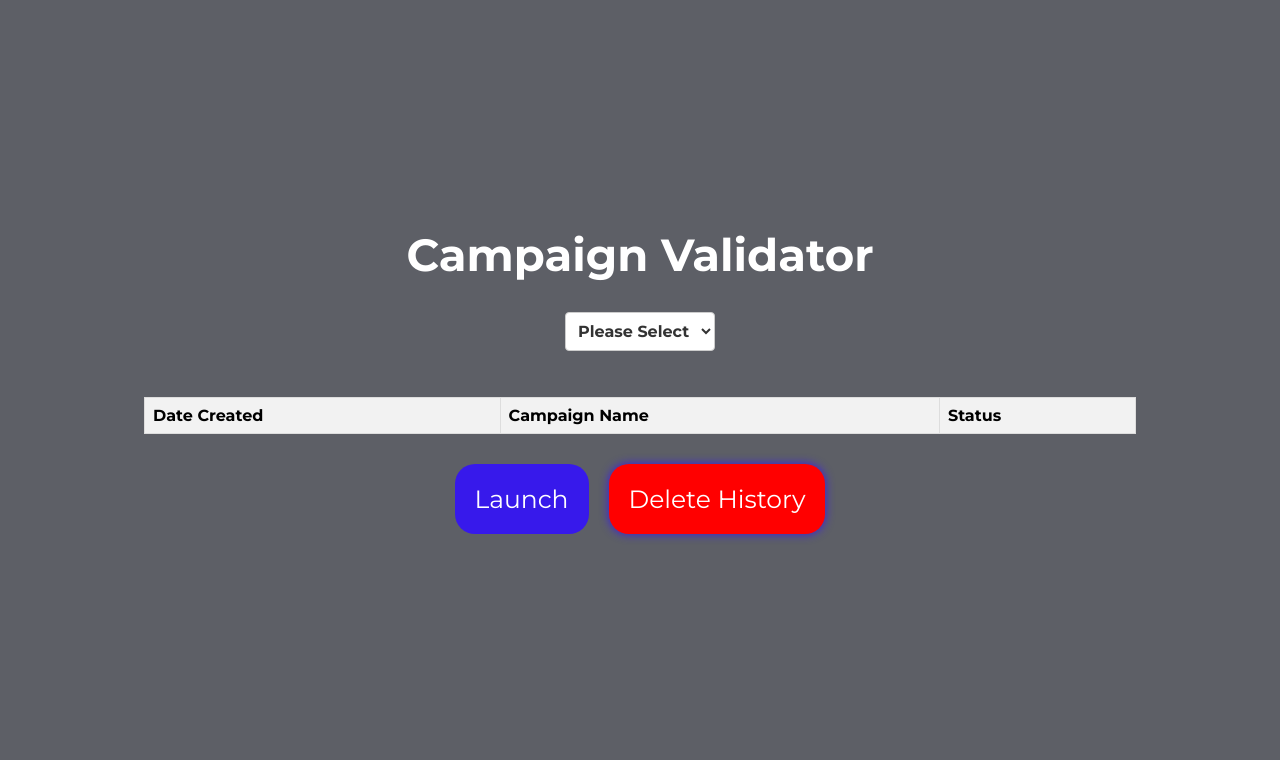
Repository: AbApin/project
Page: / (app in frontend/)
These files come from the project's save history. The page is drawn as it stood at one moment and after the next save; the edit follows.
The browser window is 1280 px wide. The pictures show the whole page.
The pointer rests on the first visible `.deleteBtn`.
The page's requests for data from a server got no answer. The project was rebuilt for these pictures with package versions that can differ from the ones it lists, and the page was loaded fresh each time. No one was signed in, and anything a server would have sent is missing. Also part of the build but not shown: frontend/vue.config.js.

Above is the page before, as saved 2023-02-22 11:57:03.

### frontend/public/index.html
<!DOCTYPE html>
<html lang="">
  <head>
    <meta charset="utf-8" />
    <meta http-equiv="X-UA-Compatible" content="IE=edge" />
    <meta name="viewport" content="width=device-width,initial-scale=1.0" />
    <link rel="icon" href="<%= BASE_URL %>favicon.ico" />
    <title><%= htmlWebpackPlugin.options.title %></title>
    <link
      href="https://fonts.googleapis.com/css?family=Montserrat:100,200,300,regular,500,600,700,800,900,100italic,200italic,300italic,italic,500italic,600italic,700italic,800italic,900italic"
      rel="stylesheet"
    />
  </head>
  <body>
    <noscript>
      <strong
        >We're sorry but <%= htmlWebpackPlugin.options.title %> doesn't work properly without
        JavaScript enabled. Please enable it to continue.</strong
      >
    </noscript>
    <div id="app"></div>
    <!-- built files will be auto injected -->
  </body>
</html>

### frontend/src/App.vue
<template>
  <div id="app">
    <h1 class="appTitle">Campaign Validator</h1>
    <CampaignList @selected-campaign="handleCampaignSelected" />
    <table>
      <thead>
        <tr>
          <th>Date Created</th>
          <th>Campaign Name</th>
          <th>Status</th>
        </tr>
      </thead>
      <tbody>
        <tr v-for="test in tests" :key="test.id">
          <td>{{ test.date }}</td>
          <td>{{ test.campaign }}</td>
          <td :class="test.status ? 'status-passed' : 'status-failed'">
            {{ test.status ? 'Passed' : 'Failed' }}
          </td>
        </tr>
      </tbody>
    </table>
    <div class="btnsContainer">
      <button class="launchBtn" @click="createTest">launch</button>
      <button class="deleteBtn" @click="createTest">delete history</button>
    </div>
  </div>
</template>

<script>
import axios from 'axios';
import CampaignList from './components/CampaignList.vue';

export default {
  components: { CampaignList },
  name: 'App',
  data() {
    return {
      selectedCampaign: '',
      tests: [],
    };
  },
  async mounted() {
    await axios
      .get('/api/tests')
      .then((response) => {
        this.tests = response.data;
      })
      .catch((error) => {
        console.log(error);
      });
  },
  methods: {
    async createTest() {
      await axios
        .post(`/api/tests/${this.selectedCampaign.name}`)
        .then((response) => {
          this.tests = response.data;
        })
        .catch((error) => {
          console.log(error);
        });
    },
    handleCampaignSelected(campaign) {
      this.selectedCampaign = campaign;
    },
  },
};
</script>

<style>
* {
  margin: 0;
  padding: 0;
  box-sizing: 0;
  font-family: 'Montserrat', sans-serif;
}
#app {
  background: #5d5f66;
  display: flex;
  align-items: center;
  justify-content: center;
  flex-direction: column;
  gap: 30px;
  padding: 20px;
  height: 100vh;
}
.appTitle {
  font-size: 45px;
  color: #fff;
}
.btnsContainer{
  display: flex;
  gap: 20px;
  align-items: center;
}
.launchBtn,
.deleteBtn {
  font-size: 25px;
  text-transform: capitalize;
  padding: 20px;
  border-radius: 20px;
  border: 0;
  background: rgba(55, 25, 235, 1);
  color: #fff;
  cursor: pointer;
  transition: all 0.3s ease-in;
}
.launchBtn:hover {
  box-shadow: 0 0 10px rgba(55, 25, 235, 1);
}
.deleteBtn{
  background: red;
}
.deleteBtn:hover {
  box-shadow: 0 0 10px rgba(55, 25, 235, 1);
}
select.campaignsList {
  font-size: 16px;
  font-weight: bold;
  color: #333;
  padding: 8px;
  margin-bottom: 16px;
  border: 1px solid #ccc;
  border-radius: 4px;
  background-color: #fff;
  cursor: pointer;
  transition: all 0.3s;
}

select.campaignsList:hover {
  border-color: #999;
}

select.campaignsList:focus {
  outline: none;
  border-color: #4d90fe;
  box-shadow: 0 0 0 2px rgba(77, 144, 254, 0.2);
}

.campaignOption {
  font-size: 14px;
  font-weight: normal;
}

.campaignOption:hover {
  background-color: #f2f2f2;
}

/* table */
table {
  border-collapse: collapse;
  width: 80%;
}
thead th {
  background-color: #f2f2f2;
  border: 1px solid #ddd;
  padding: 8px;
  text-align: left;
}
tbody td {
  border: 1px solid #ddd;
  padding: 8px;
}
tbody tr {
  background-color: #ddd;
}
tbody tr:hover {
  background-color: #fff;
}
.status-passed {
  color: green;
}
.status-failed {
  color: red;
}
</style>

### frontend/src/components/CampaignList.vue
<template>
  <select class="campaignsList" v-model="selectedCampaign" @input="emitSelectedCampaign">
    <option class="campaignOption" disabled value="">Please Select</option>
    <option
      class="campaignOption"
      :value="campaign"
      v-for="campaign in campaigns"
      :key="campaign.id"
    >
      {{ campaign.name }}
    </option>
  </select>
</template>

<script>
import axios from 'axios';

export default {
  name: 'CampaignList',
  data() {
    return {
      selectedCampaign: '',
      campaigns: [],
    };
  },
  async mounted() {
    await axios
      .get('/api/campaigns')
      .then((response) => {
        this.campaigns = response.data.campaigns;
      })
      .catch((error) => {
        console.log(error);
      });
  },
  methods: {
    emitSelectedCampaign() {
      this.$emit('selected-campaign', this.selectedCampaign);
    },
  },
  emits: ['selected-campaign'],
};
</script>

<style></style>

Loaded but not shown: frontend/src/main.js (common file)

After the next save:
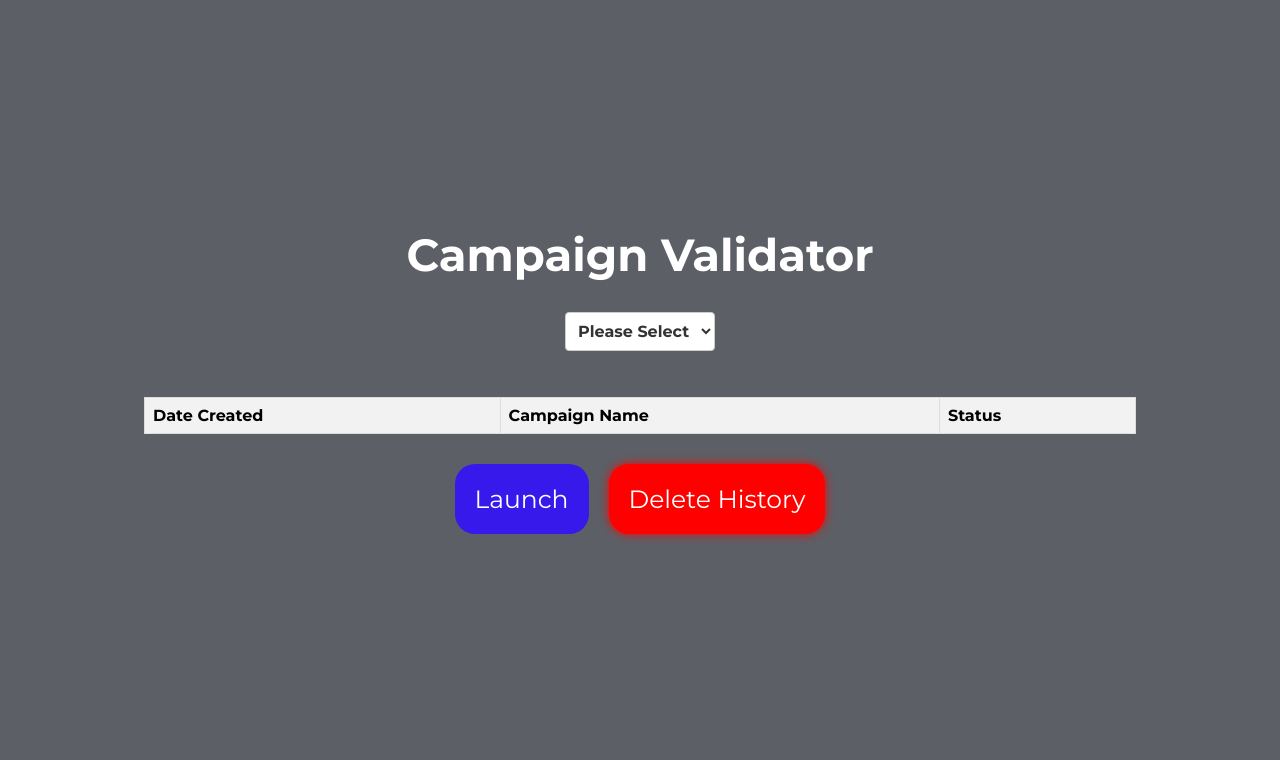
Saved 8 s later.
--- a/frontend/src/App.vue
+++ b/frontend/src/App.vue
@@ -113,7 +113,7 @@ export default {
   background: red;
 }
 .deleteBtn:hover {
-  box-shadow: 0 0 10px rgba(55, 25, 235, 1);
+  box-shadow: 0 0 10px red;
 }
 select.campaignsList {
   font-size: 16px;
